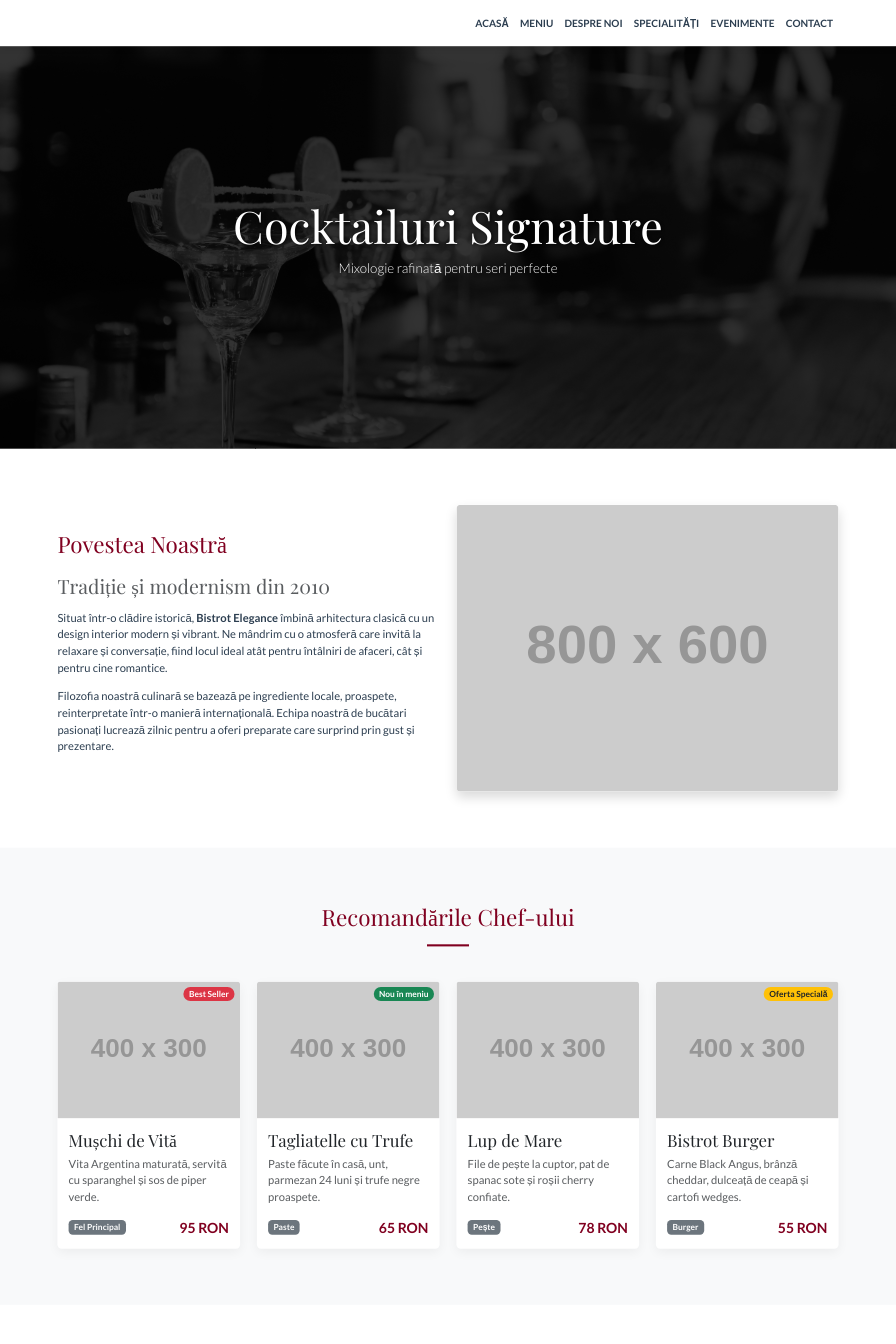
Repository: 912-Comsa-Teodora/bistrot-restaurant
Page: restaurant/index.html
These files come from the project's save history. The page is drawn as it stood at one moment and after the next save; the edit follows.
The browser window is 1280 px wide. The pictures show the part of the page from y = 0 to 1920 px (the page is 3045 px tall), at 70% of full size.

Above is the page before, as saved 2026-01-04 21:34:55.

### restaurant/index.html
<!DOCTYPE html>
<html lang="ro">
<head>
    <meta charset="UTF-8">
    <meta name="viewport" content="width=device-width, initial-scale=1.0">
    <meta name="description" content="Cel mai bun restaurant și bar din oraș. Atmosferă unică, meniu select.">
    <meta name="author" content="Numele Tau">

    <title>Bistrot Elegance - Restaurant & Bar</title>

    <link href="https://cdn.jsdelivr.net/npm/bootstrap@5.3.0/dist/css/bootstrap.min.css" rel="stylesheet">

    <link rel="stylesheet" href="https://cdnjs.cloudflare.com/ajax/libs/font-awesome/6.4.0/css/all.min.css">

    <link href="https://fonts.googleapis.com/css2?family=Playfair+Display:wght@400;700&family=Lato:wght@300;400;700&display=swap" rel="stylesheet">

    <style>
        :root {
            --primary-color: #800020; /* Visiniu elegant stil Toulouse */
            --gold-color: #d4af37;
            --text-dark: #2c3e50;
        }

        body {
            font-family: 'Lato', sans-serif;
            color: var(--text-dark);
            padding-top: 65px; /* Pentru a nu ascunde continutul sub meniul fix */
        }

        h1, h2, h3, h4, h5 {
            font-family: 'Playfair Display', serif;
            color: var(--primary-color);
        }

        /* Navigatie */
        .navbar {
            background-color: #fff;
            box-shadow: 0 2px 10px rgba(0,0,0,0.1);
        }

        .navbar-brand img {
            max-height: 40px;
        }

        .nav-link {
            color: var(--text-dark);
            font-weight: 700;
            text-transform: uppercase;
            font-size: 0.9rem;
        }

        .nav-link:hover {
            color: var(--primary-color);
        }

        /* Carousel Custom */
        #heroCarousel .carousel-item img {
            height: 80vh; /* Inaltimea caruselului */
            object-fit: cover;
            filter: brightness(0.2); /* Intunecam putin imaginile pentru contrast text */
        }

        .carousel-caption {
            top: 50%; /* Pozitionam partea de sus a textului la mijlocul ecranului */
            transform: translateY(-50%); /* Ridicam textul cu jumatate din inaltimea sa pentru centrare perfecta */
            bottom: auto; /* Resetam pozitia implicita a Bootstrap-ului de jos */
            /* Optional: ajustam latimea pentru a nu fi prea lat pe ecrane mari */
            width: 70%;
            left: 15%;
        }

        /* --- NEW --- Spatiere egala intre linii */
        .carousel-caption p {
            /* Resetam marginile implicite si setam o distanta uniforma */
            margin-top: 0;
            margin-bottom: 1.5rem;
            font-size: 1.2rem; /* Am marit putin textul paragrafelor pentru lizibilitate */
            font-weight: 300;
        }

        .carousel-caption h2 {
            font-size: 4rem;
            color: #fff;
            text-shadow: 2px 2px 4px rgba(0,0,0,0.6);
        }

        /* Sectiuni Generale */
        section {
            padding: 80px 0;
        }

        .bg-light-custom {
            background-color: #f8f9fa;
        }

        .section-title {
            text-align: center;
            margin-bottom: 50px;
            position: relative;
        }

        .section-title::after {
            content: '';
            display: block;
            width: 60px;
            height: 3px;
            background-color: var(--primary-color);
            margin: 20px auto;
        }

        /* Carduri Meniu */
        .card {
            border: none;
            transition: transform 0.3s;
            box-shadow: 0 5px 15px rgba(0,0,0,0.05);
        }

        .card:hover {
            transform: translateY(-5px);
        }

        .price-tag {
            font-size: 1.25rem;
            font-weight: bold;
            color: var(--primary-color);
        }

        /* Footer */
        footer {
            background-color: #1a1a1a;
            color: #fff;
            padding: 60px 0 20px;
        }

        footer h4 {
            color: var(--gold-color);
            margin-bottom: 20px;
        }

        .social-icons a {
            color: #fff;
            font-size: 1.5rem;
            margin-right: 15px;
            transition: color 0.3s;
        }

        .social-icons a:hover {
            color: var(--gold-color);
        }
    </style>
</head>
<body>

    <header id="home">
        <nav class="navbar navbar-expand-lg navbar-light fixed-top">
            <div class="container">
                <a class="navbar-brand" href="index.html">
                    <img src="./pictures/Bistrot-Elegance-Logo.png" alt="Logo Bistrot Elegance">
                </a>

                <button class="navbar-toggler" type="button" data-bs-toggle="collapse" data-bs-target="#navbarContent" aria-controls="navbarContent" aria-expanded="false" aria-label="Toggle navigation">
                    <span class="navbar-toggler-icon"></span>
                </button>

                <div class="collapse navbar-collapse" id="navbarContent">
                    <ul class="navbar-nav ms-auto mb-2 mb-lg-0">
                        <li class="nav-item">
                            <a class="nav-link" href="#home">Acasă</a>
                        </li>
                        <li class="nav-item">
                            <a class="nav-link" href="#meniu">Meniu</a>
                        </li>
                        <li class="nav-item">
                            <a class="nav-link" href="#despre">Despre Noi</a>
                        </li>
                        <li class="nav-item">
                            <a class="nav-link" href="#specialitati">Specialități</a>
                        </li>
                        <li class="nav-item">
                            <a class="nav-link" href="#evenimente">Evenimente</a>
                        </li>
                        <li class="nav-item">
                            <a class="nav-link" href="#contact">Contact</a>
                        </li>
                    </ul>
                </div>
            </div>
        </nav>
    </header>

        <div id="heroCarousel" class="carousel slide" data-bs-ride="carousel">
            <div class="carousel-inner">
                <div class="carousel-item active" data-bs-interval="4000">
                    <img src="pictures/restaurant-imagine-principala.jpg" class="d-block w-100" alt="Interior restaurant seara cu lumini ambientale">
                    <div class="carousel-caption d-none d-md-block">
                        <p>Bine ați venit la</p>
                        <h2>Bistrot Elegance</h2>
                        <p>O experiență culinară de neuitat în inima orașului</p>
                    </div>
                </div>

                <div class="carousel-item" data-bs-interval="4000">
                    <img src="pictures/cover-bauturi.jpg" class="d-block w-100" alt="Barman preparând cocktailuri signature">
                    <div class="carousel-caption d-none d-md-block">
                        <h2>Cocktailuri Signature</h2>
                        <p>Mixologie rafinată pentru seri perfecte</p>
                    </div>
                </div>

                <div class="carousel-item" data-bs-interval="4000">
                    <img src="pictures/cover-mancare.jpg" class="d-block w-100" alt="Barman preparând cocktailuri signature">
                    <div class="carousel-caption d-none d-md-block">
                        <h2>Gusturi Autentice</h2>
                        <p>Preparate create cu pasiune din ingrediente locale</p>
                    </div>
                </div>

                <div class="carousel-item" data-bs-interval="4000">
                    <img src="pictures/cover-desert.jpg" class="d-block w-100" alt="Deserturi facute in casa">
                    <div class="carousel-caption d-none d-md-block">
                        <h2>Deserturi Artizanale</h2>
                        <p>Finalul dulce perfect pentru orice masă</p>
                    </div>
                </div>
            </div>
        </div>

    <section id="despre">
        <div class="container">
            <div class="row align-items-center">
                <div class="col-lg-6 mb-4 mb-lg-0">
                    <h2 class="mb-4">Povestea Noastră</h2>
                    <h3 class="text-muted mb-3">Tradiție și modernism din 2010</h3>
                    <p>
                        Situat într-o clădire istorică, <strong>Bistrot Elegance</strong> îmbină arhitectura clasică cu un design interior modern și vibrant. Ne mândrim cu o atmosferă care invită la relaxare și conversație, fiind locul ideal atât pentru întâlniri de afaceri, cât și pentru cine romantice.
                    </p>
                    <p>
                        Filozofia noastră culinară se bazează pe ingrediente locale, proaspete, reinterpretate într-o manieră internațională. Echipa noastră de bucătari pasionați lucrează zilnic pentru a oferi preparate care surprind prin gust și prezentare.
                    </p>
                </div>
                <div class="col-lg-6">
                    <img src="https://placehold.co/800x600/eee/333?text=Interior+Local" class="img-fluid rounded shadow" alt="Fotografie cu interiorul restaurantului la ora pranzului">
                </div>
            </div>
        </div>
    </section>

    <section id="specialitati" class="bg-light-custom">
        <div class="container">
            <h2 class="section-title">Recomandările Chef-ului</h2>
            <div class="row g-4">

                <div class="col-md-6 col-lg-3">
                    <div class="card h-100">
                        <span class="position-absolute top-0 end-0 badge rounded-pill bg-danger m-2">
                            Best Seller
                        </span>
                        <img src="https://placehold.co/400x300/800020/fff?text=Vita+Argentina" class="card-img-top" alt="Friptura de vita pe gratar">
                        <div class="card-body d-flex flex-column">
                            <h4 class="card-title">Mușchi de Vită</h4>
                            <p class="card-text text-muted">Vita Argentina maturată, servită cu sparanghel și sos de piper verde.</p>
                            <div class="mt-auto d-flex justify-content-between align-items-center">
                                <span class="badge bg-secondary">Fel Principal</span>
                                <span class="price-tag">95 RON</span>
                            </div>
                        </div>
                    </div>
                </div>

                <div class="col-md-6 col-lg-3">
                    <div class="card h-100">
                         <span class="position-absolute top-0 end-0 badge rounded-pill bg-success m-2">
                            Nou în meniu
                        </span>
                        <img src="https://placehold.co/400x300/d4af37/fff?text=Paste+Trufe" class="card-img-top" alt="Paste proaspete cu trufe negre">
                        <div class="card-body d-flex flex-column">
                            <h4 class="card-title">Tagliatelle cu Trufe</h4>
                            <p class="card-text text-muted">Paste făcute în casă, unt, parmezan 24 luni și trufe negre proaspete.</p>
                            <div class="mt-auto d-flex justify-content-between align-items-center">
                                <span class="badge bg-secondary">Paste</span>
                                <span class="price-tag">65 RON</span>
                            </div>
                        </div>
                    </div>
                </div>

                <div class="col-md-6 col-lg-3">
                    <div class="card h-100">
                        <img src="https://placehold.co/400x300/2c3e50/fff?text=Lup+de+Mare" class="card-img-top" alt="File de peste cu legume">
                        <div class="card-body d-flex flex-column">
                            <h4 class="card-title">Lup de Mare</h4>
                            <p class="card-text text-muted">File de pește la cuptor, pat de spanac sote și roșii cherry confiate.</p>
                            <div class="mt-auto d-flex justify-content-between align-items-center">
                                <span class="badge bg-secondary">Pește</span>
                                <span class="price-tag">78 RON</span>
                            </div>
                        </div>
                    </div>
                </div>

                <div class="col-md-6 col-lg-3">
                    <div class="card h-100">
                        <span class="position-absolute top-0 end-0 badge rounded-pill bg-warning text-dark m-2">
                            Oferta Specială
                        </span>
                        <img src="https://placehold.co/400x300/555/fff?text=Burger+Gourmet" class="card-img-top" alt="Burger mare cu cartofi prajiti">
                        <div class="card-body d-flex flex-column">
                            <h4 class="card-title">Bistrot Burger</h4>
                            <p class="card-text text-muted">Carne Black Angus, brânză cheddar, dulceață de ceapă și cartofi wedges.</p>
                            <div class="mt-auto d-flex justify-content-between align-items-center">
                                <span class="badge bg-secondary">Burger</span>
                                <span class="price-tag">55 RON</span>
                            </div>
                        </div>
                    </div>
                </div>

            </div>
        </div>
    </section>

    <section id="evenimente">
        <div class="container">
            <h2 class="section-title">Evenimente & Atmosferă</h2>
            <div class="row">
                <div class="col-lg-4 mb-4">
                    <h3>Muzică Live & Seri Tematice</h3>
                    <p>În fiecare seară de vineri și sâmbătă, atmosfera este întreținută de artiști locali de jazz și pian.</p>
                    <p>Organizam degustări de vinuri în fiecare ultimă joi din lună. Vă așteptăm să descoperiți soiuri premiate alături de somelierul nostru.</p>
                    <div class="alert alert-info mt-3" role="alert">
                        <strong>Rezervare necesară!</strong> Locurile sunt limitate pentru serile de muzică live.
                    </div>
                </div>

                <div class="col-lg-4 col-md-6 mb-4">
                    <img src="https://placehold.co/400x300/333/fff?text=Concert+Jazz" class="img-fluid rounded mb-4 w-100" alt="Formatie de jazz cantand live">
                    <img src="https://placehold.co/400x300/555/fff?text=Degustare+Vin" class="img-fluid rounded w-100" alt="Pahare de vin pe masa">
                </div>

                <div class="col-lg-4 col-md-6">
                    <img src="https://placehold.co/400x650/800020/fff?text=Petrecere+Privata" class="img-fluid rounded h-100 w-100" style="object-fit: cover;" alt="Grup de oameni la o masa festiva">
                </div>
            </div>
        </div>
    </section>

    <footer id="contact">
        <div class="container">
            <div class="row">
                <div class="col-md-4 mb-4">
                    <h4>Contact</h4>
                    <p><i class="fas fa-map-marker-alt me-2"></i> Strada Principală Nr. 10, Cluj-Napoca</p>
                    <p><i class="fas fa-phone me-2"></i> +40 722 123 456</p>
                    <p><i class="fas fa-envelope me-2"></i> contact@bistrotelegance.ro</p>
                </div>

                <div class="col-md-4 mb-4">
                    <h4>Program</h4>
                    <p>Luni - Joi: 10:00 - 23:00</p>
                    <p>Vineri - Sâmbătă: 10:00 - 02:00</p>
                    <p>Duminică: 12:00 - 23:00</p>
                </div>

                <div class="col-md-4 mb-4 text-md-end text-start">
                    <h4>Urmărește-ne</h4>
                    <div class="social-icons">
                        <a href="#" aria-label="Facebook"><i class="fab fa-facebook-f"></i></a>
                        <a href="#" aria-label="Instagram"><i class="fab fa-instagram"></i></a>
                        <a href="#" aria-label="TripAdvisor"><i class="fab fa-tripadvisor"></i></a>
                    </div>
                </div>
            </div>

            <hr class="bg-light">

            <div class="row">
                <div class="col-12 text-center">
                    <p class="small mb-0">&copy; 2023 Bistrot Elegance. Toate drepturile rezervate.</p>
                </div>
            </div>
        </div>
    </footer>

    <script src="https://cdn.jsdelivr.net/npm/bootstrap@5.3.0/dist/js/bootstrap.bundle.min.js"></script>
</body>
</html>

After the next save:
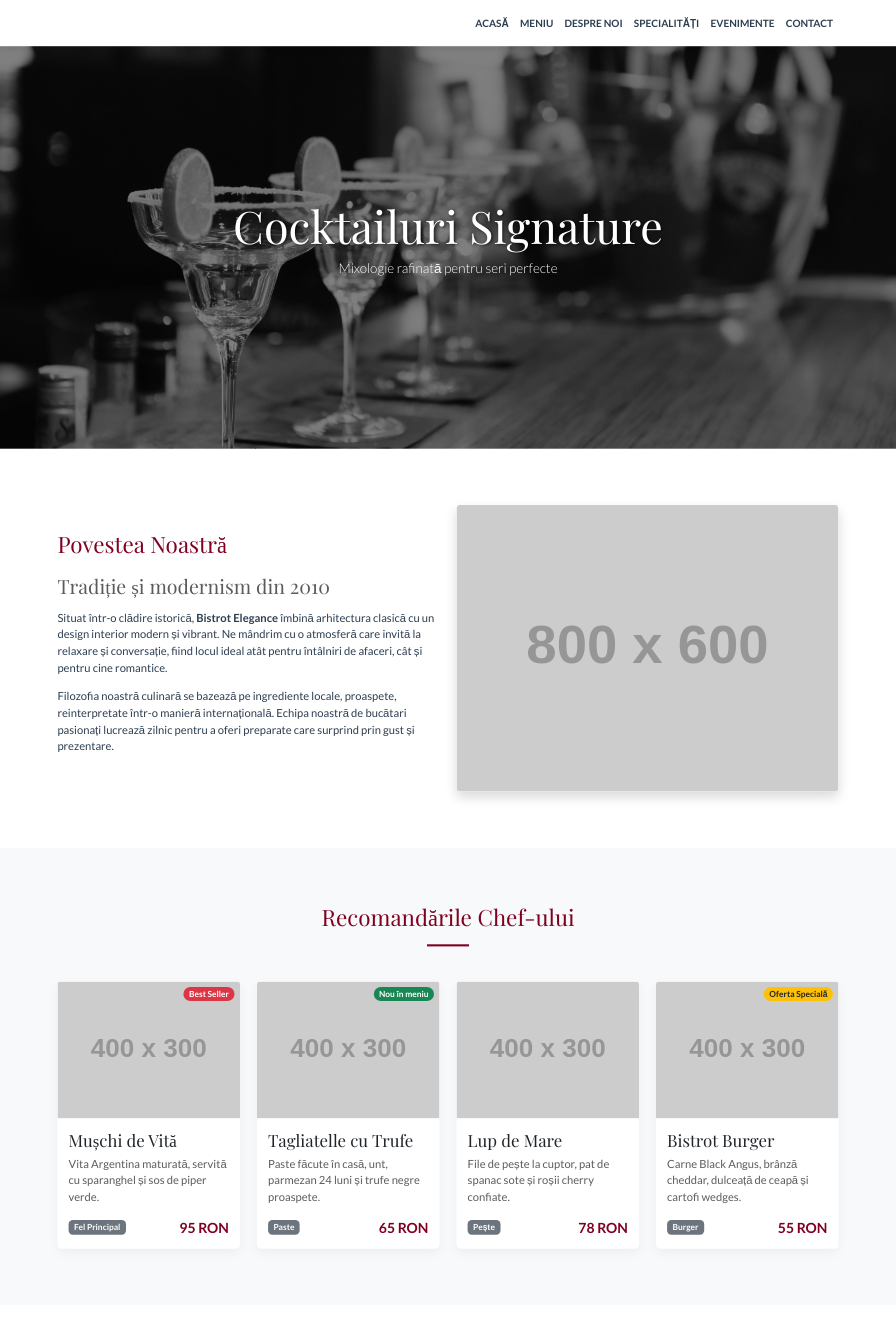
Saved 7 s later.
--- a/restaurant/index.html
+++ b/restaurant/index.html
@@ -57,7 +57,7 @@
         #heroCarousel .carousel-item img {
             height: 80vh; /* Inaltimea caruselului */
             object-fit: cover;
-            filter: brightness(0.2); /* Intunecam putin imaginile pentru contrast text */
+            filter: brightness(0.5); /* Intunecam putin imaginile pentru contrast text */
         }
 
         .carousel-caption {
